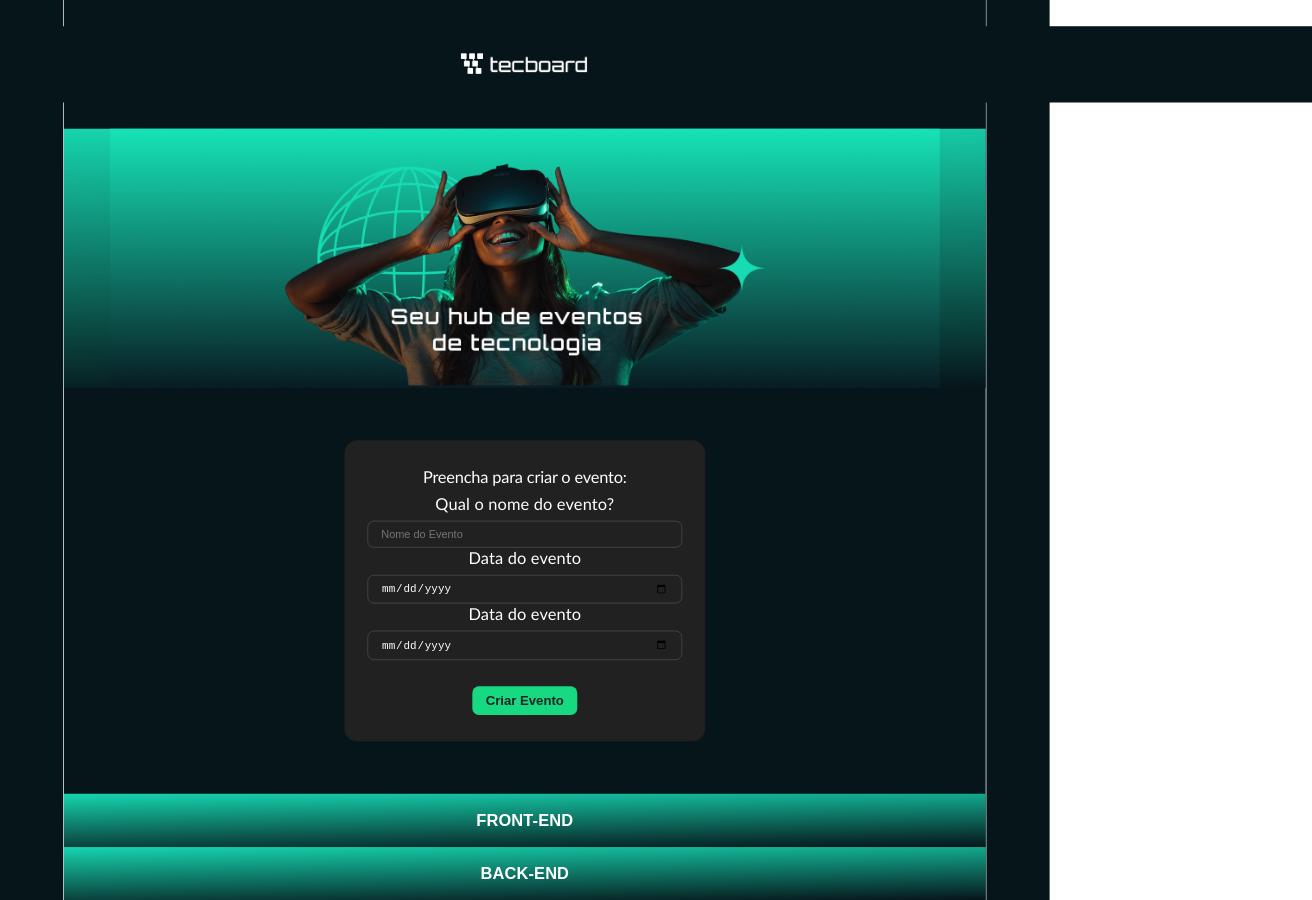
Repository: fernandadev12/techboard
Page: /
An editor plug-in stored every save of this project. The page is shown before and after the next save, followed by the edit.
The browser window is 1280 px wide. The page is 1600 px wide, so the pictures cover 1600 px, including what lies to the right of the window. The pictures show the whole page, at 82% of full size.
The project was rebuilt for these pictures with package versions that can differ from the ones it lists, and the page was loaded fresh each time. Also part of the build but not shown: vite.config.js, src/componentes/ListaSuspensa/listasuspensastyles.css.

Above is the page before, as saved 2026-06-14 15:10:35.

After the next save:
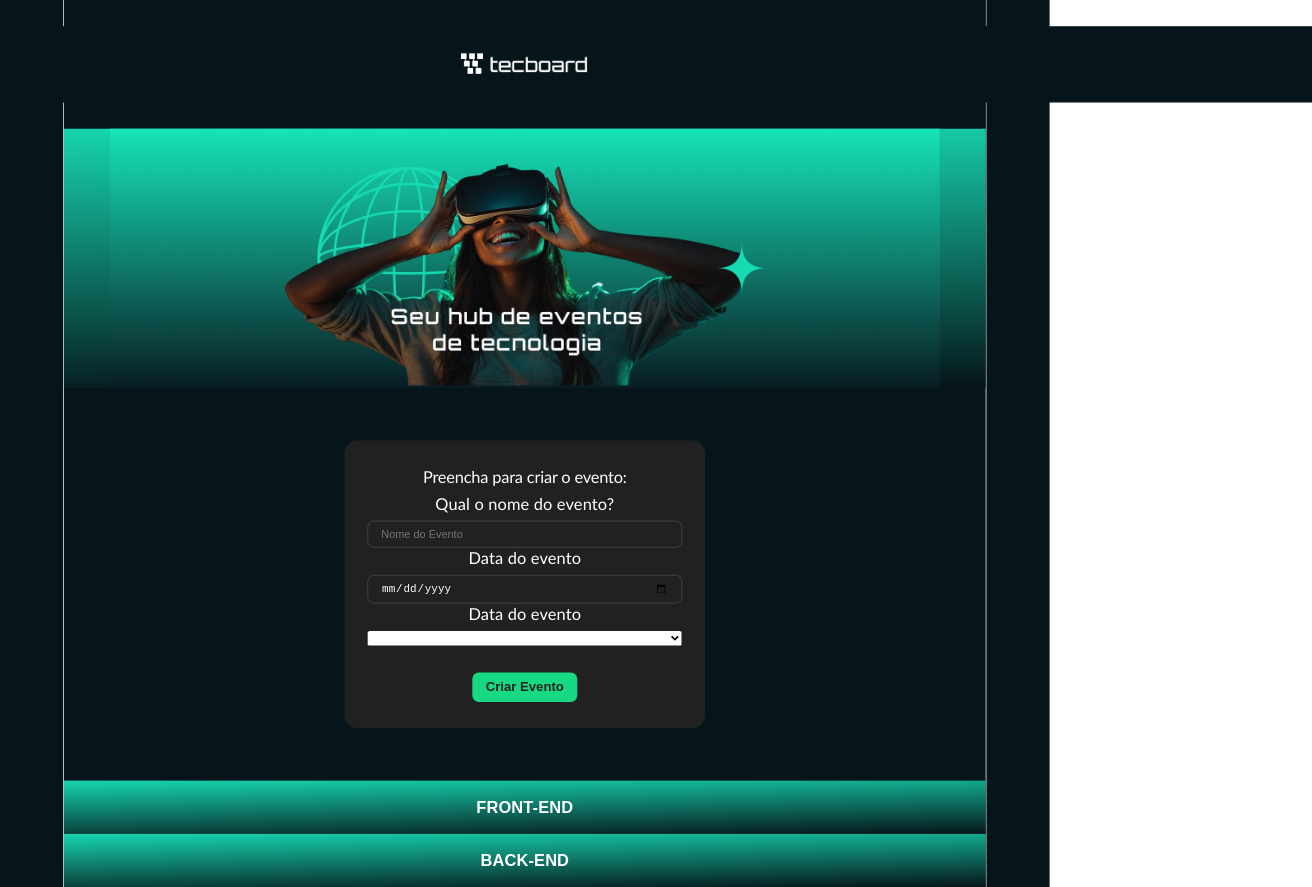
Saved 24 s later.
--- a/src/componentes/FormularioDeEvento/index.jsx
+++ b/src/componentes/FormularioDeEvento/index.jsx
@@ -4,6 +4,7 @@
 import { CampoDeEntrada } from "../CampoDeEntrada";
 import "./formularioEventoStyles.css";
 import { BotaoFormulario } from "../Botao";
+import { ListaSuspensa } from "../ListaSuspensa";
 
 export function FormularioDeEvento() {
   return (
@@ -29,7 +30,7 @@
 
         <CampoFormulario>
           <LabelFormulario htmlFor="dataEvento">Data do evento</LabelFormulario>
-          <CampoDeEntrada type="date" id="dataEvento" name="dataEvento" />
+          <ListaSuspensa />
         </CampoFormulario>
       </div>
 
